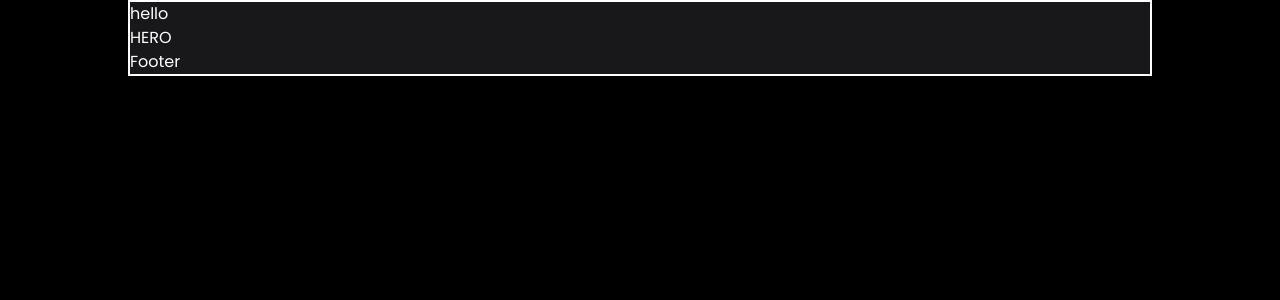
Repository: Wafaabahgat/Portfolio
Page: /
The author's editor kept a copy of each file at every save. The page is drawn from the files as they stood at one save, then again after the next save.
The browser window is 1280 px wide. The pictures show the whole page.
The project was rebuilt for these pictures with package versions that can differ from the ones it lists, and the page was loaded fresh each time. Also part of the build but not shown: vite.config.ts, src/App.css, src/ErrorPage.tsx.

Above is the page before, as saved 2023-12-07 02:36:25.

After the next save:
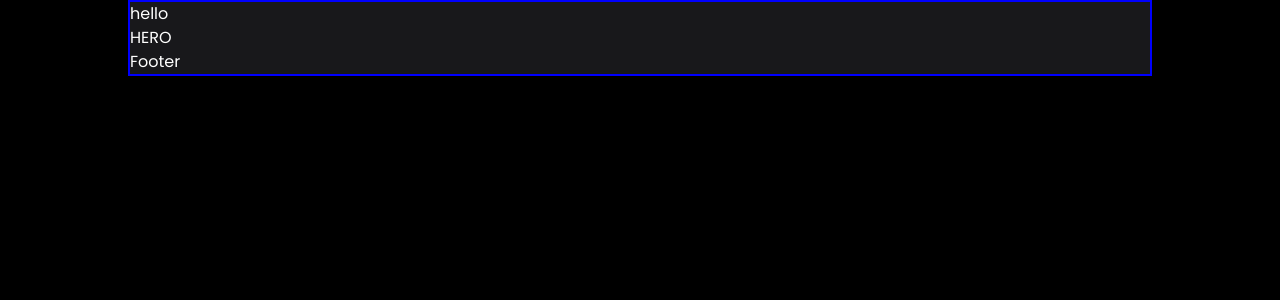
Saved 5 s later.
--- a/src/index.css
+++ b/src/index.css
@@ -30,5 +30,5 @@ html {
   margin-left: auto;
   margin-right: auto;
   background-color: var(--secondary);
-  border:2px solid
+  border: 2px solid blue;
 }
